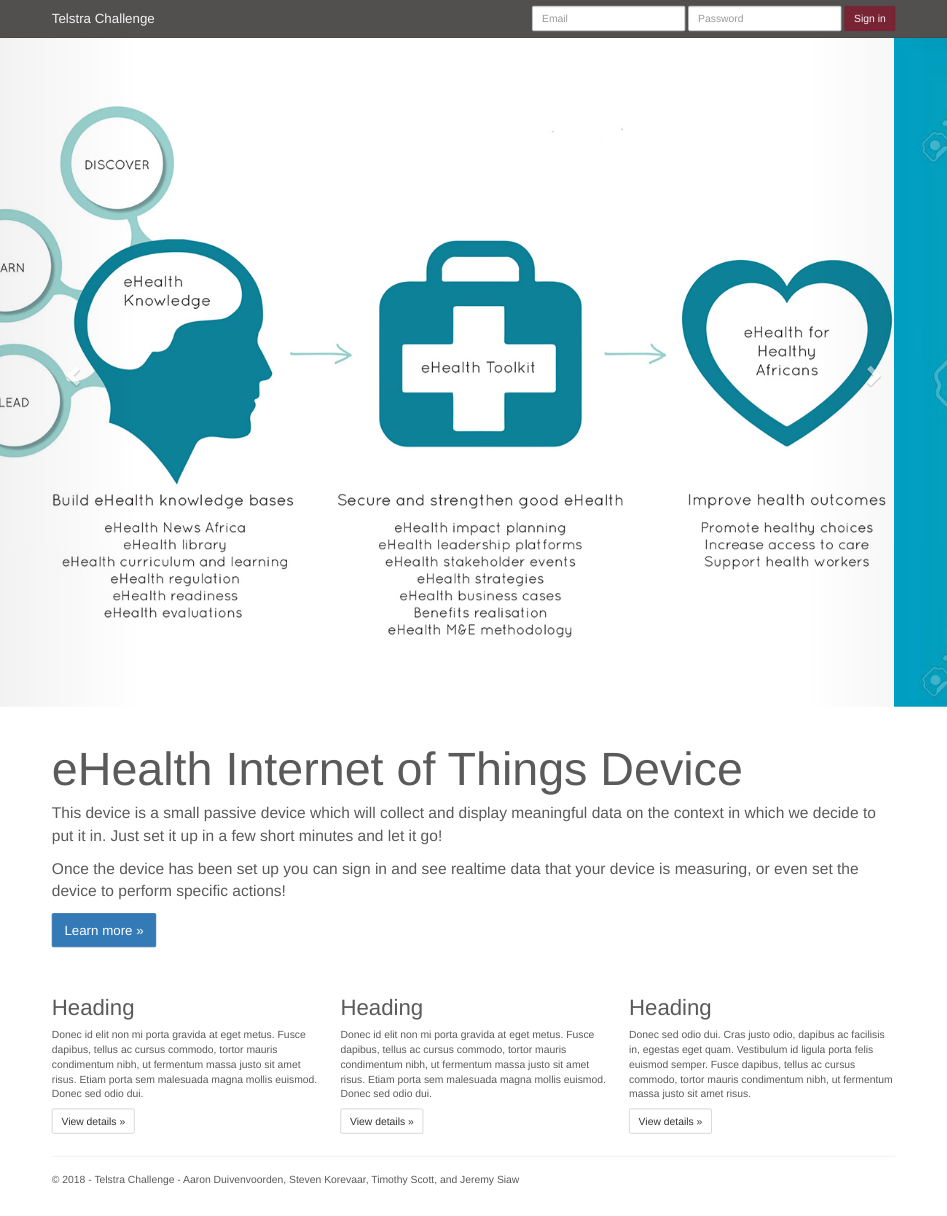
Repository: StevenKorevaar/as-design3181
Page: index.html
The author's editor kept a record of every edit. The page is drawn from the files as they stood at one moment, then again after the next edit.
The browser window is 1280 px wide. The pictures show the whole page, at 74% of full size.

Above is the page before.

After the next edit:
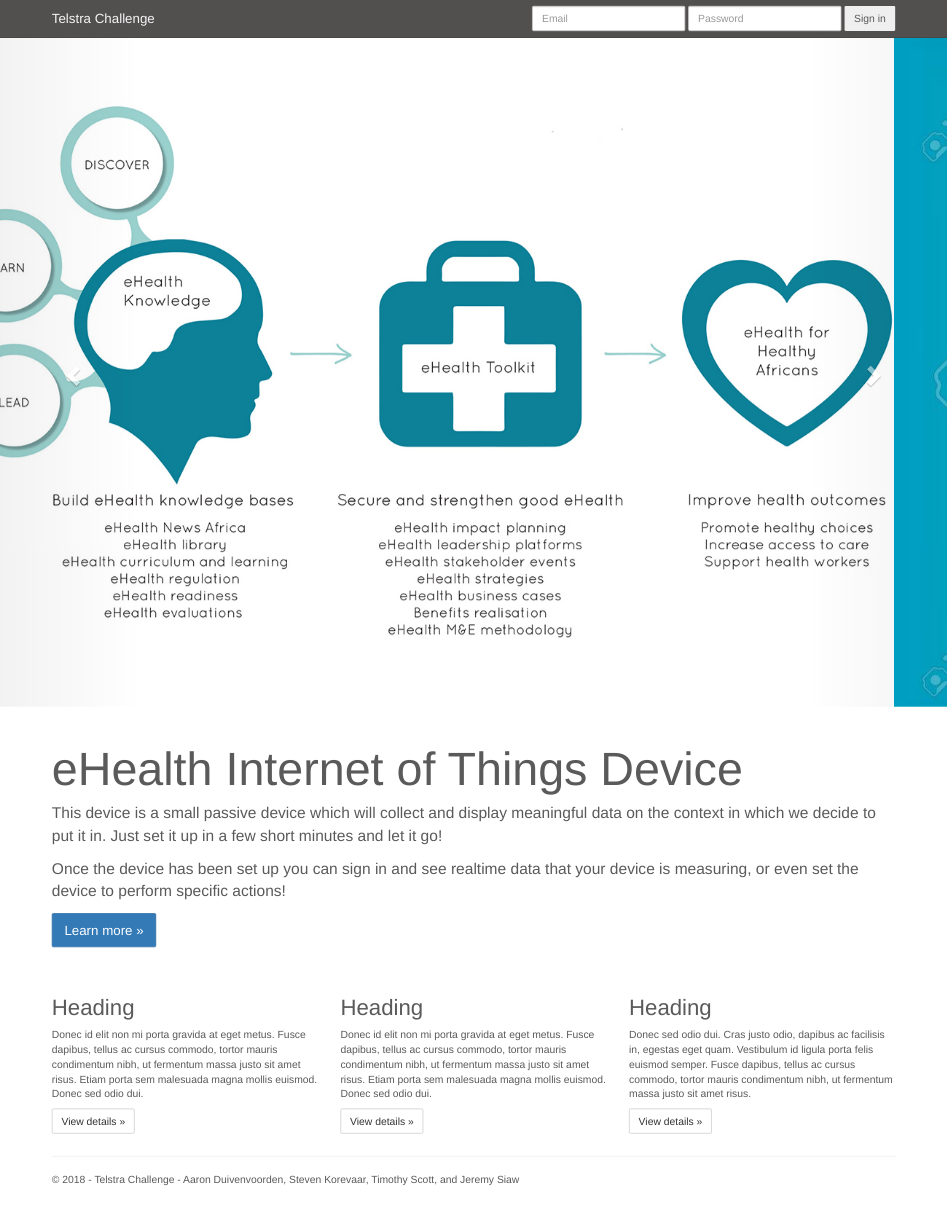
The edit:
--- a/index.html
+++ b/index.html
@@ -61,7 +61,7 @@
 	              <input type="password" placeholder="Password" class="form-control">
 	            </div>
 	            <!-- NAVBAR - LOGIN - SUBMIT BUTTON -->
-	            <button type="submit" class="btn btn-darkred">Sign in</button>
+	            <button type="submit" class="btn btn-signin">Sign in</button>
 	          </form>
 	        </div><!--/.navbar-collapse -->
 	      </div>
